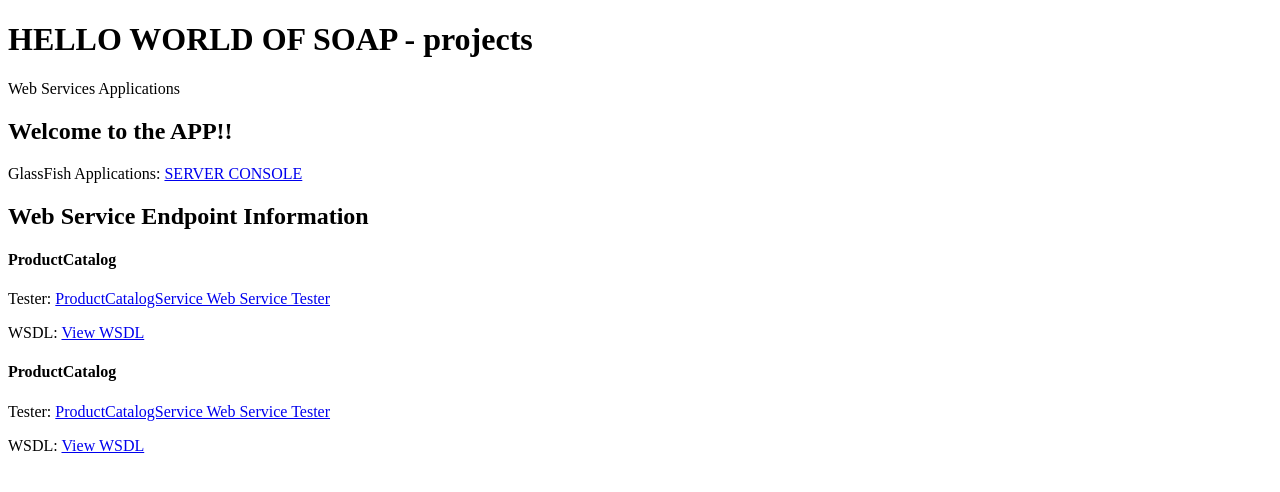
Repository: atafs/BackEnd_JAX-JAX-WS_SOAP
Page: http://localhost/Project_003_SOAP_server_ServiceAndContractFirst/
An editor plug-in stored every save of this project. The page is shown before and after the next save, followed by the edit.
The browser window is 1280 px wide. The pictures show the whole page.
The page is served by Tomcat 9. Other server files are loaded and not shown.

Above is the page before, as saved 2016-01-26 11:45:02.

### Project_003_SOAP_server_ServiceAndContractFirst/WebContent/index.jsp
<%@ page language="java" contentType="text/html; charset=ISO-8859-1"
    pageEncoding="ISO-8859-1"%>
<!DOCTYPE html PUBLIC "-//W3C//DTD HTML 4.01 Transitional//EN" "http://www.w3.org/TR/html4/loose.dtd">
<html>

<!-- HEADER -->
<head>
<meta http-equiv="Content-Type" content="text/html; charset=ISO-8859-1">
<title>WEB SERVICES</title>
</head>

<!-- BODY -->
<body>
	<h1>HELLO WORLD OF SOAP - projects</h1>
	<p>Web Services Applications</p>

	<!-- LINKS -->
	<h2>Welcome to the APP!! </h2>
	<p>GlassFish Applications: <a href="http://localhost:4848/common/index.jsf">SERVER CONSOLE</a></p>

	<h2>Web Service Endpoint Information</h2>
	<h4>ProductCatalog</h4>
	<p>Tester: <a href="http://atafs:9090/Project_003_SOAP_server_ServiceAndContractFirst/ProductCatalogService?Tester">ProductCatalogService Web Service Tester</a></p>
	<p>WSDL: <a href="http://atafs:9090/Project_003_SOAP_server_ServiceAndContractFirst/ProductCatalogService?wsdl">View WSDL</a></p>

	<h4>ProductCatalog</h4>
	<p>Tester: <a href="http://atafs:9090/Project_003_SOAP_server_ServiceAndContractFirst/ProductCatalogService?Tester">ProductCatalogService Web Service Tester</a></p>
	<p>WSDL: <a href="http://atafs:9090/Project_003_SOAP_server_ServiceAndContractFirst/ProductCatalogService?wsdl">View WSDL</a></p>
</body>
</html>

After the next save:
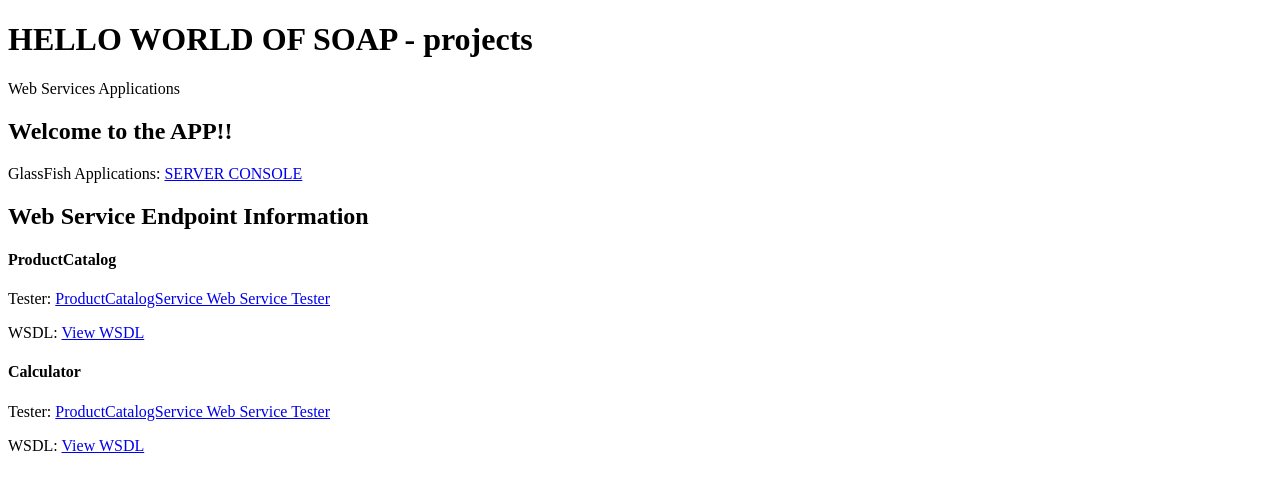
Saved 55 s later.
--- a/Project_003_SOAP_server_ServiceAndContractFirst/WebContent/index.jsp
+++ b/Project_003_SOAP_server_ServiceAndContractFirst/WebContent/index.jsp
@@ -23,8 +23,8 @@
 	<p>Tester: <a href="http://atafs:9090/Project_003_SOAP_server_ServiceAndContractFirst/ProductCatalogService?Tester">ProductCatalogService Web Service Tester</a></p>
 	<p>WSDL: <a href="http://atafs:9090/Project_003_SOAP_server_ServiceAndContractFirst/ProductCatalogService?wsdl">View WSDL</a></p>
 
-	<h4>ProductCatalog</h4>
-	<p>Tester: <a href="http://atafs:9090/Project_003_SOAP_server_ServiceAndContractFirst/ProductCatalogService?Tester">ProductCatalogService Web Service Tester</a></p>
-	<p>WSDL: <a href="http://atafs:9090/Project_003_SOAP_server_ServiceAndContractFirst/ProductCatalogService?wsdl">View WSDL</a></p>
+	<h4>Calculator</h4>
+	<p>Tester: <a href="http://atafs:9090/Project_003_SOAP_server_ServiceAndContractFirst/CalculatorService?Tester">ProductCatalogService Web Service Tester</a></p>
+	<p>WSDL: <a href="http://atafs:9090/Project_003_SOAP_server_ServiceAndContractFirst/CalculatorService?wsdl">View WSDL</a></p>
 </body>
 </html>
